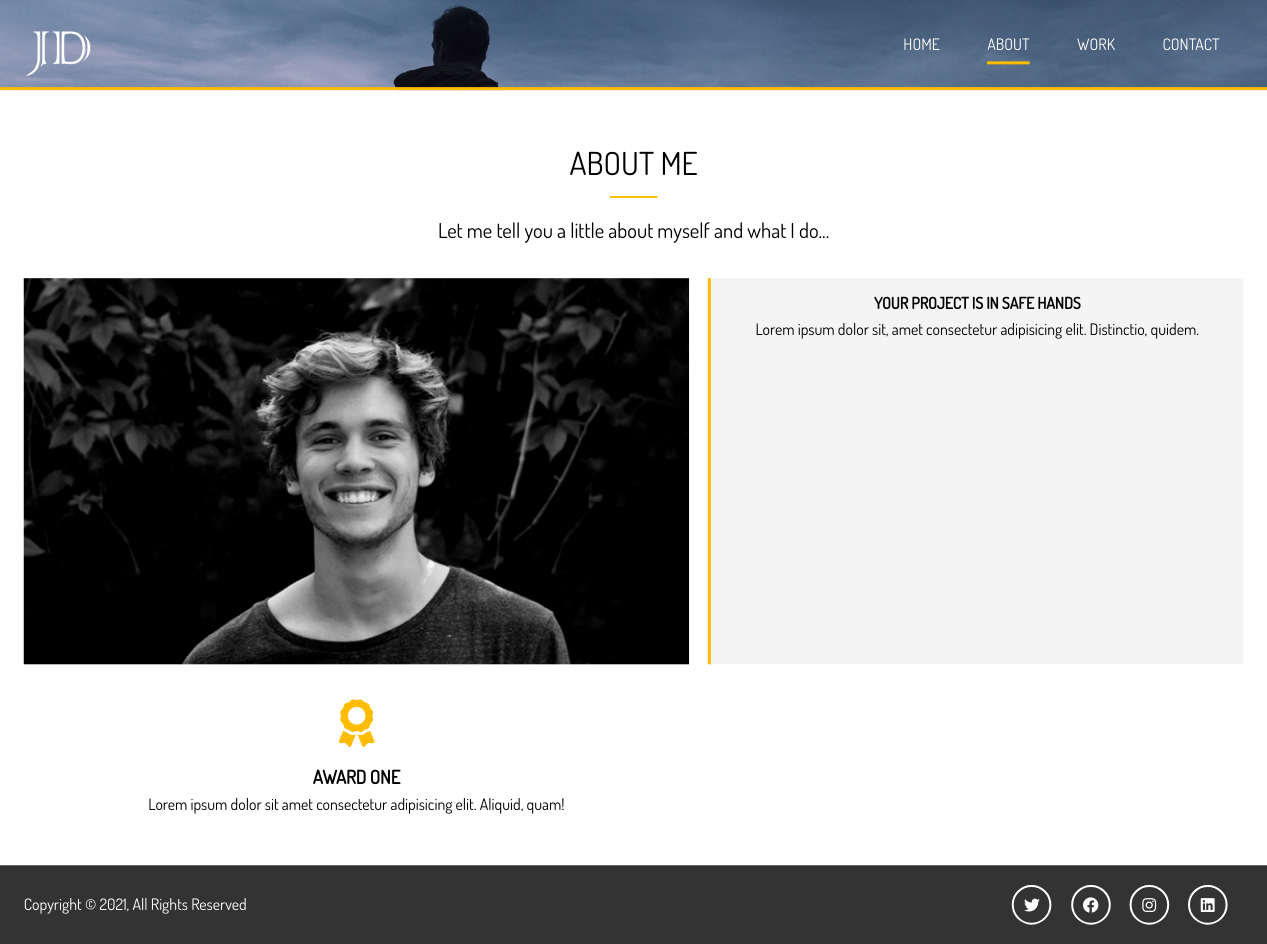
Repository: minhtien9/Portfolio_Website
Page: diet/about.html
The author's editor kept a copy of each file at every save. The page is drawn from the files as they stood at one save, then again after the next save.
The browser window is 1280 px wide. The pictures show the whole page, at 99% of full size.

Above is the page before, as saved 2021-08-29 10:42:25.

After the next save:
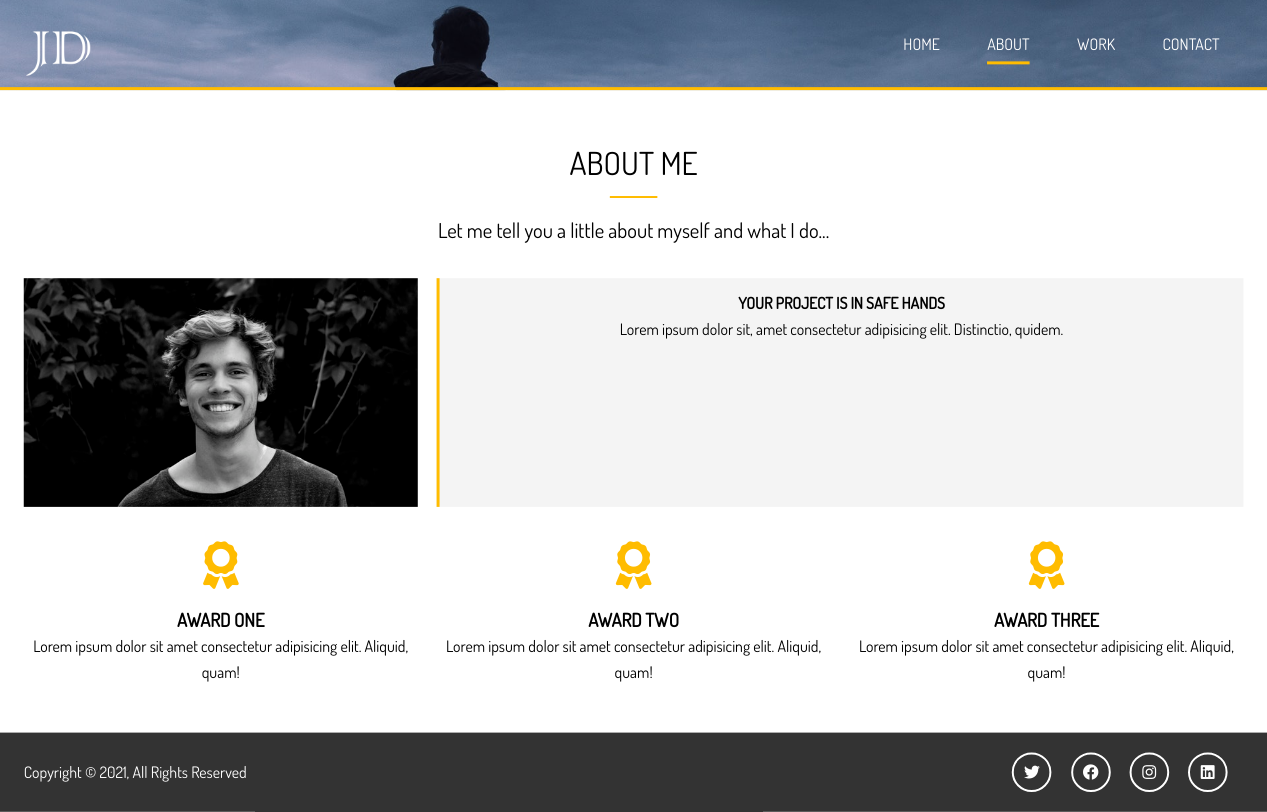
Saved 42 s later.
--- a/diet/about.html
+++ b/diet/about.html
@@ -58,6 +58,22 @@
               quam!
             </p>
           </div>
+          <div class="award-2">
+            <i class="fas fa-award fa-3x"></i>
+            <h3>Award Two</h3>
+            <p>
+              Lorem ipsum dolor sit amet consectetur adipisicing elit. Aliquid,
+              quam!
+            </p>
+          </div>
+          <div class="award-3">
+            <i class="fas fa-award fa-3x"></i>
+            <h3>Award Three</h3>
+            <p>
+              Lorem ipsum dolor sit amet consectetur adipisicing elit. Aliquid,
+              quam!
+            </p>
+          </div>
         </div>
       </div>
     </section>
